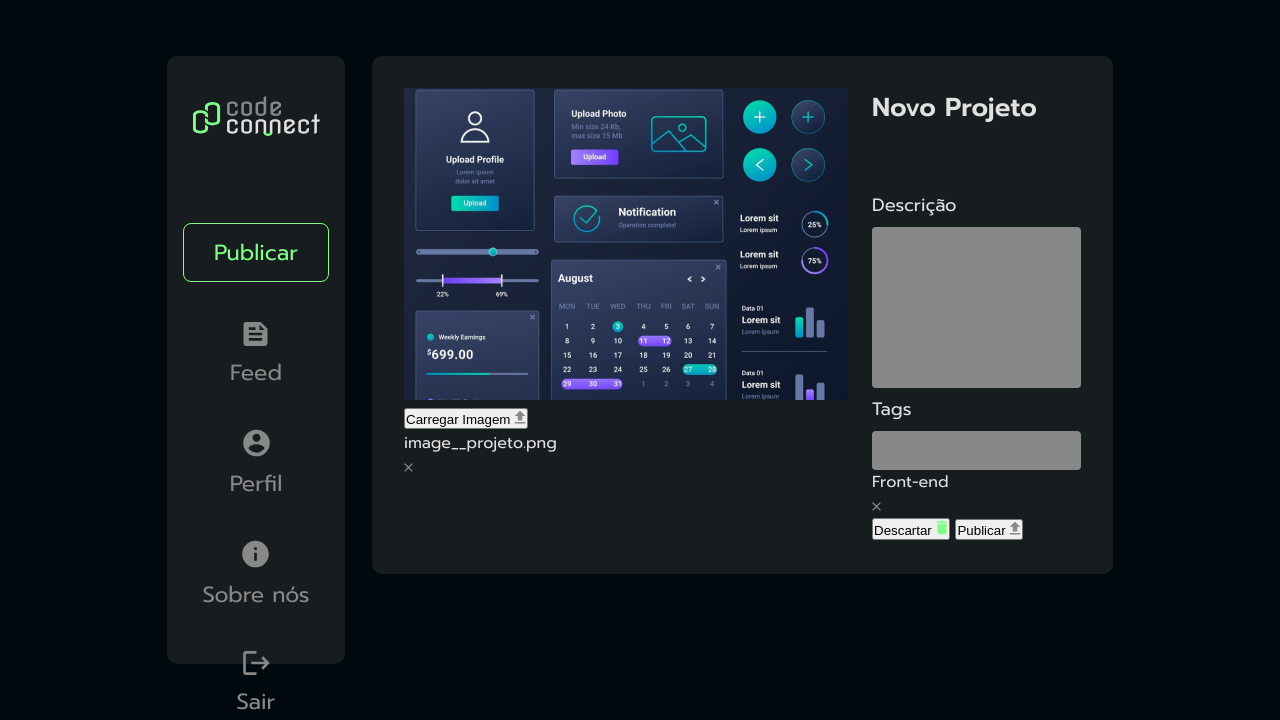
Repository: joaoPraiaJunior/async_await
Page: index.html
An editor plug-in stored every save of this project. The page is shown before and after the next save, followed by the edit.
The browser window is 1280 px wide. The pictures show the whole page.

Above is the page before, as saved 2024-08-24 19:32:17.

After the next save:
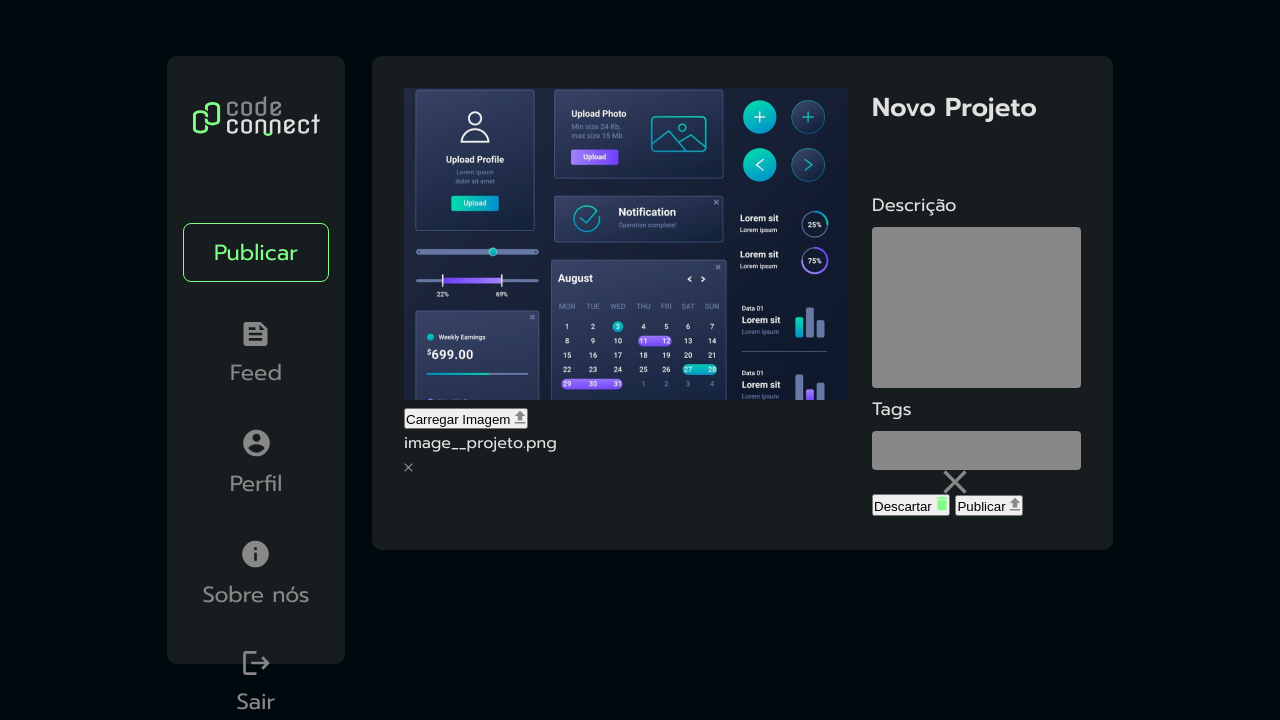
Saved 74 s later.
--- a/css/styles.css
+++ b/css/styles.css
@@ -125,3 +125,9 @@ body {
     display: flex;
     list-style-type: none;
 }
+
+.c-formulario__lista-tags {
+    display: flex;
+    gap: 1.0rem;
+    color: var(--cor-da-tag);
+}
